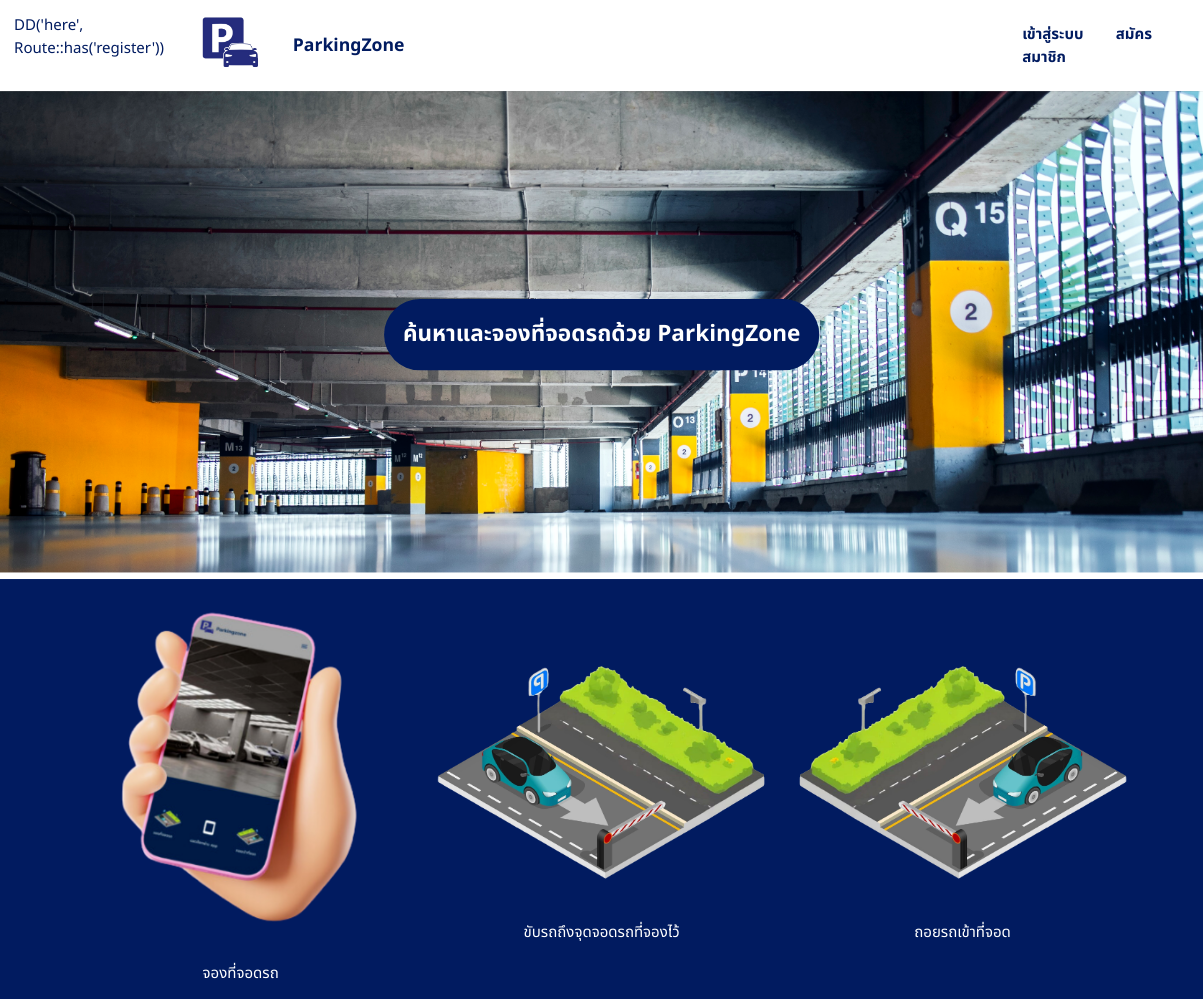
Repository: ThanyalakSasen/webApp
Page: http://localhost/
An editor plug-in stored every save of this project. The page is shown before and after a run of saves, followed by the edit.
The browser window is 1280 px wide. The pictures show the whole page, at 94% of full size.
The page is served by the project's Laravel application, run on PHP 8.4 with Laravel 12. Other server files are loaded and not shown.

Above is the page before, as saved 2024-09-29 19:04:10.

### resources/views/welcome.blade.php
<!DOCTYPE html>
<html lang="{{ str_replace('_', '-', app()->getLocale()) }}">
    <head>
        <meta charset="utf-8">
        <meta name="viewport" content="width=device-width, initial-scale=1">

        <title>ParkingZone</title>

        <!-- Fonts -->
        <link rel="preconnect" href="https://fonts.bunny.net">
        <link href="https://fonts.bunny.net/css?family=figtree:400,600&display=swap" rel="stylesheet" />

        <!-- Styles -->
        <style>
            @font-face {
                font-family: Noto_sans_thai;
                src: url("../Noto_Sans_Thai/NotoSansThai-VariableFont_wdth,wght.ttf");
            }
            body{
                font-family: "Noto_sans_thai",sans-serif;
                margin: 0px;
                padding: 0px;
            }
            header{
                display: flex;
                background-color: #ffffff;
                color: #011b60;
                box-shadow: 0px 2px 15px black;
                padding: 15px;
            }
            header h3{
                margin-left: 10px;
                width: 75%;
            }
            header img{
                margin-left: 5%;
                width: 60px;
                height: auto;
            }
            a{
                margin-right: 30px;
                color: #011b60;
                text-decoration: none;
                font-weight: bold;
            }
            nav{
                margin-top: auto;
                margin-bottom: auto;
            }
            .container {
                position: relative;
                text-align: center;
                color: white;
            }
            #centered {
                position: absolute;
                top: 50%;
                left: 50%;
                transform: translate(-50%, -50%);
                background-color: #011b60;
                color: #ffffff;
                padding: 20px;
                border-radius: 40px;
                font-size: x-large;
                font-weight: bolder;
            }
            #main{
                background-color: #011b60;
                width: 100%;
                display: flex;
                color: #ffffff;
                display: flex;
                justify-content: center;

            }
            #main .sub-main{
                width: 30%;
                text-align: center
            }
            #main .sub-main img{
                width: 100%;
                margin-left: auto;
                margin-right: auto;
            }
            #main .sub-main p{
                font-weight: normal;
            }
        </style>
    </head>
    <body class="font-sans antialiased dark:bg-black dark:text-white/50">
        <header>
            DD('here', Route::has('register'))
            <a href="{{url('/welcome')}}"><img src="../../img/logo.png" alt=""></a>
            <h3>ParkingZone</h3>
            @if (Route::has('login'))
            <nav class="-mx-3 flex flex-1 justify-end">
                @auth
                    <a href="{{ url('/praking') }}"
                        class="rounded-md px-3 py-2 text-black ring-1 ring-transparent transition hover:text-black/70 focus:outline-none focus-visible:ring-[#FF2D20] dark:text-white dark:hover:text-white/80 dark:focus-visible:ring-white"
                        >praking</a>
                        <a href="{{ url('/dashboard') }}"
                        class="rounded-md px-3 py-2 text-black ring-1 ring-transparent transition hover:text-black/70 focus:outline-none focus-visible:ring-[#FF2D20] dark:text-white dark:hover:text-white/80 dark:focus-visible:ring-white"
                        >dashboard</a>
            @else
                <a href="{{ route('login') }}"
                        class="rounded-md px-3 py-2 text-black ring-1 ring-transparent transition hover:text-black/70 focus:outline-none focus-visible:ring-[#FF2D20] dark:text-white dark:hover:text-white/80 dark:focus-visible:ring-white"
                        >เข้าสู่ระบบ</a>

                @if (Route::has('register'))
                    <a href="{{ route('register') }}"
                            class="rounded-md px-3 py-2 text-black ring-1 ring-transparent transition hover:text-black/70 focus:outline-none focus-visible:ring-[#FF2D20] dark:text-white dark:hover:text-white/80 dark:focus-visible:ring-white"
                            >สมัครสมาชิก</a>
                @endif
            @endauth
            </nav>
        @endif
        </header>
        <section>
            <div class="container">
                <img src="../img/parking_lot.jpg" alt="" style="width:100%">
                <div id="centered">ค้นหาและจองที่จอดรถด้วย ParkingZone</div>
            </div>
            <div id="main">
                <div class="sub-main">
                    <img src="../img/456.png" alt="">
                    <p>จองที่จอดรถ</p>
                </div>
                <div class="sub-main">
                    <img src="../img/pikaso_embed1.png" alt="">
                    <p>ขับรถถึงจุดจอดรถที่จองไว้</p>
                </div>
                <div class="sub-main">
                    <img src="../img/pikaso_embed.png" alt="">
                    <p>ถอยรถเข้าที่จอด</p>
                </div>

            </div>
        </section>
    </body>
</html>
{{-- <div class="container-1" style="width:50%">
    <form action="">
    <div id="centered" style="width:100%">
        <p>ค้นหาที่จอดรถ</p>
        <div id="findplace">
                <div>
                    <button>รายชั่วโมง</button>
                    <button>รายวัน</button>
                    <button>รายเดือน</button>
                </div>
                <div>
                    <label for="place">สถานที่</label><br>
                    <select name="place" id="place">
                        <option value="เซนทรัล">เซนทรัล</option>
                        <option value="โลตัส-สาขาโนนม่วง">โลตัส สาขาโนนม่วง</option>
                    </select>
                </div>
                <div>
                    <label for="day">วันที่เข้าจอด</label><br>
                    <input type="date">
                </div>
        </div>
            <input type="submit" value="ค้นหาที่จอด">
        </form>
    </div> --}}

Loaded but not shown: routes/web.php (common file); routes/auth.php (common file); app/Http/Controllers/Auth/EmailVerificationPromptController.php (common file); app/Http/Controllers/Controller.php (common file); app/Http/Controllers/Auth/VerifyEmailController.php (common file)

After the next 2 saves:
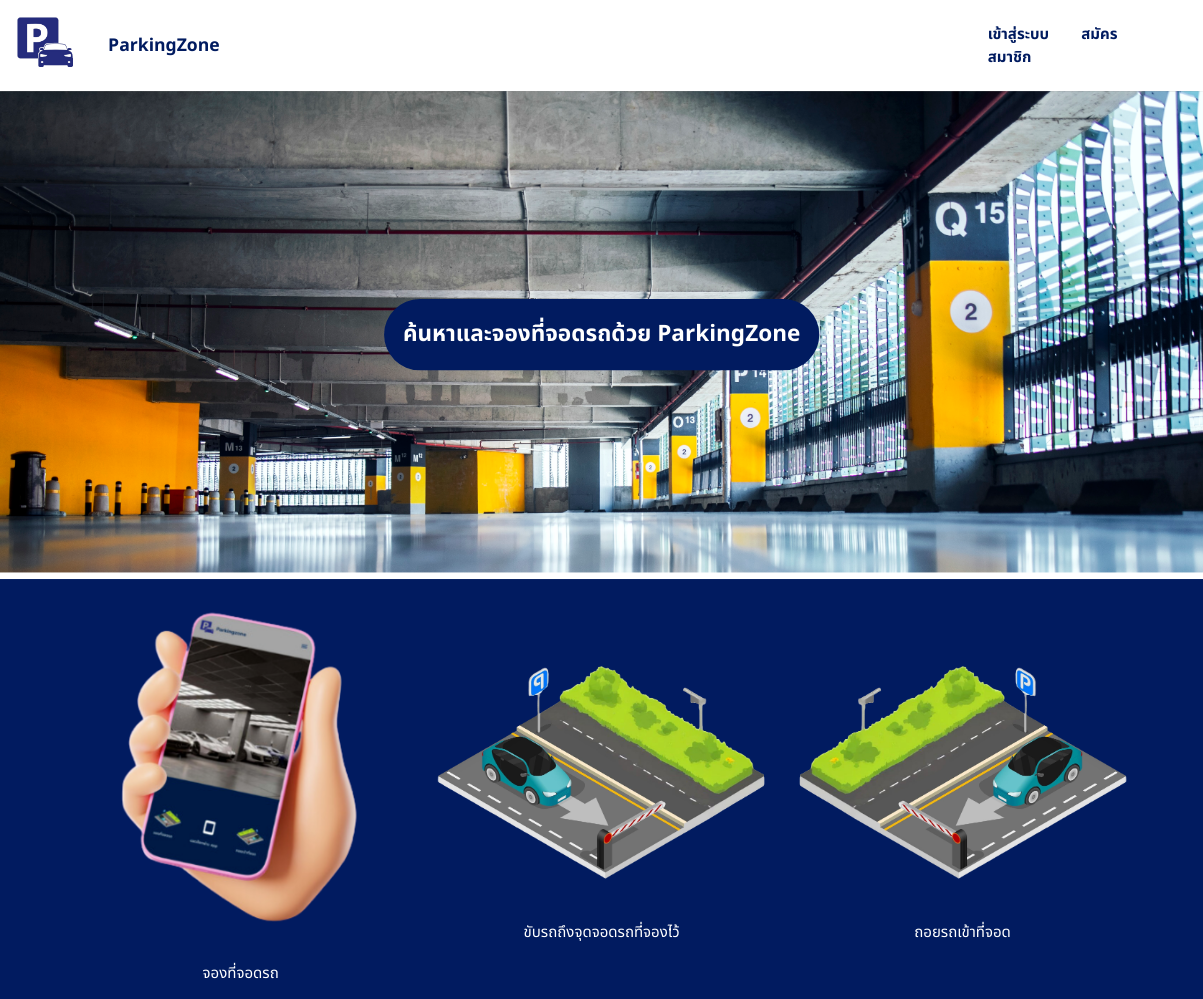
The 2 saves are shown as one change because 1 did not build or start.
The last was saved 49 s later.
--- a/resources/views/welcome.blade.php
+++ b/resources/views/welcome.blade.php
@@ -89,7 +89,6 @@
     </head>
     <body class="font-sans antialiased dark:bg-black dark:text-white/50">
         <header>
-            DD('here', Route::has('register'))
             <a href="{{url('/welcome')}}"><img src="../../img/logo.png" alt=""></a>
             <h3>ParkingZone</h3>
             @if (Route::has('login'))
